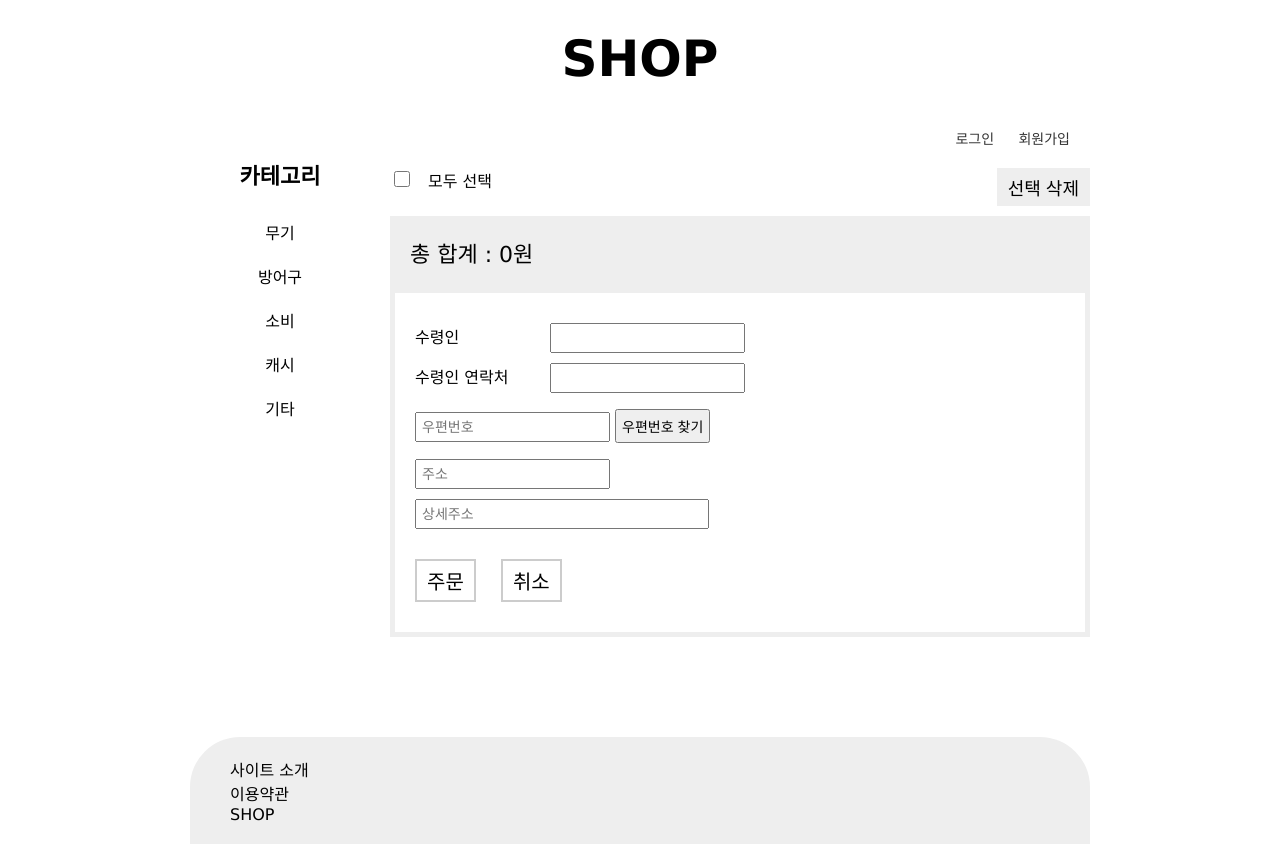
Repository: leesoonyong/shopping-mall
Page: http://localhost/shop/WEB-INF/views/shop/cartList.jsp
The author's editor kept a copy of each file at every save. The page is drawn from the files as they stood at one save, then again after the next save.
The browser window is 1280 px wide. The pictures show the whole page.
After loading, the first visible `button.orderOpne_bnt` was clicked once.
The page is served by Tomcat 9. Nobody is signed in. The template is opened directly, without the code that normally fills it, so the values that code supplies are empty.

Above is the page before, as saved 2020-09-16 02:15:35.

After the next save:
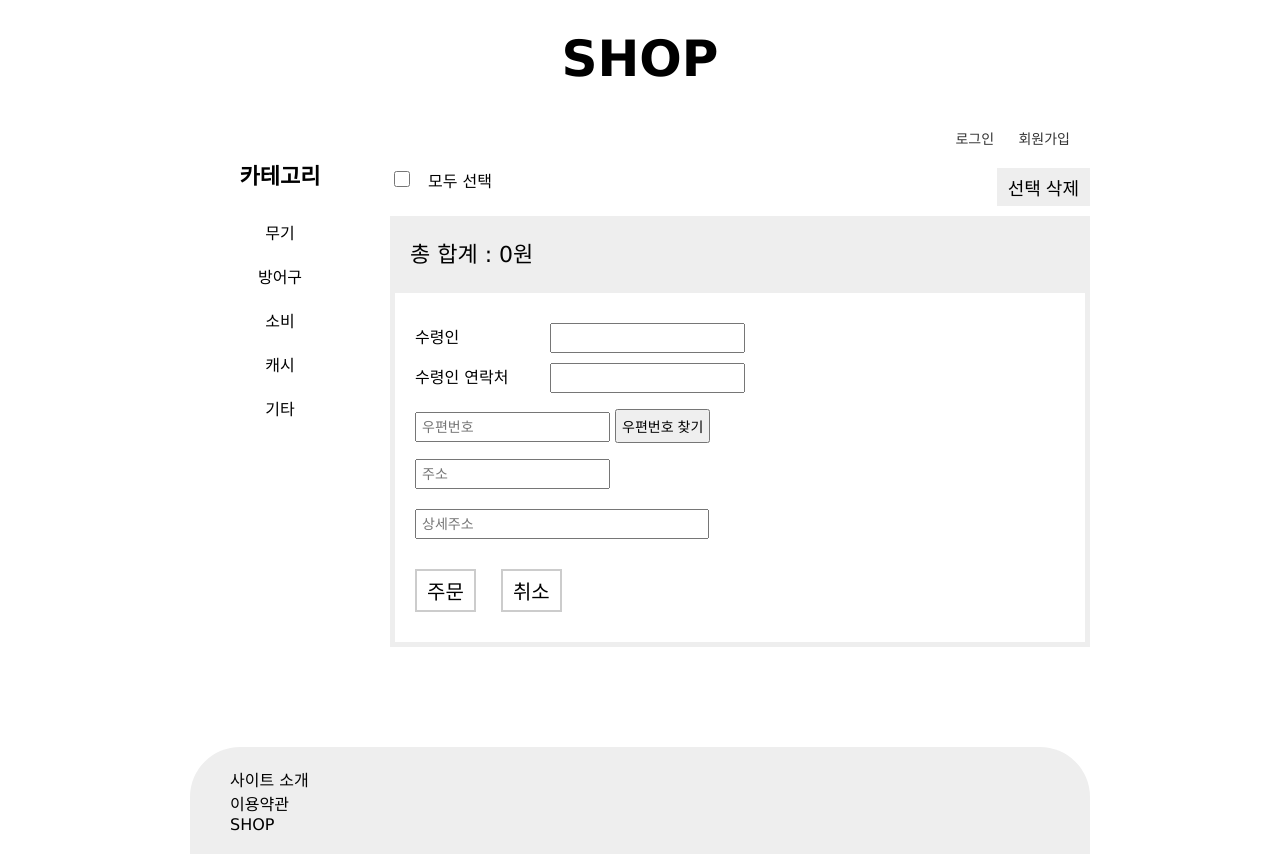
Saved 9 s later.
--- a/shop/src/main/webapp/WEB-INF/views/shop/cartList.jsp
+++ b/shop/src/main/webapp/WEB-INF/views/shop/cartList.jsp
@@ -227,7 +227,7 @@ section#content div.goodsName a {
 .orderInfo .inputArea button { font-size:20px; border:2px solid #ccc; padding:5px 10px; background:#fff; margin-right:20px;}\
 
 .orderInfo .inputArea #sample6_address { width:230px; }
-.orderInfo .inputArea #sample6_detailAddress { width:280px; margin-top:10px;}
+.orderInfo .inputArea #sample6_detailAddress { width:280px; margin-top:20px;}
 .orderInfo .inputArea #sample6_extraAddress { display:none; }
 
 </style>
